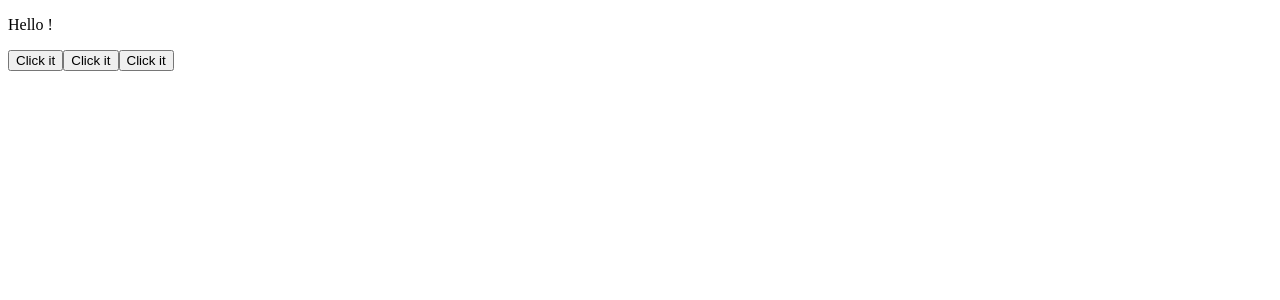
Repository: akinmiday/react-series
Page: /
An editor plug-in stored every save of this project. The page is shown before and after the next save, followed by the edit.
The browser window is 1280 px wide. The pictures show the whole page.
The project was rebuilt for these pictures with package versions that can differ from the ones it lists, and the page was loaded fresh each time. Also part of the build but not shown: vite.config.js, src/App.css, src/index.css.

Above is the page before, as saved 2023-08-21 05:55:15.

After the next save:
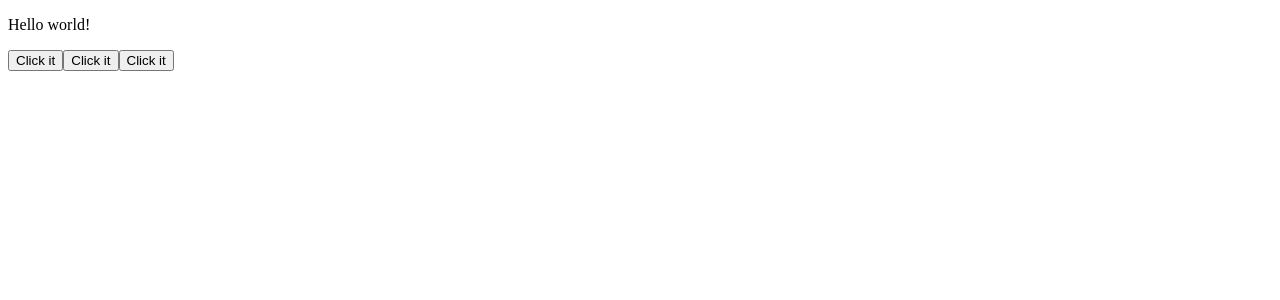
Saved 2 min 0 s later.
--- a/src/App.jsx
+++ b/src/App.jsx
@@ -3,7 +3,7 @@ import './App.css'
 
 const App = () => {
 
-  const [name, setName] = useState()
+  const [name, setName] = useState("world")
 
   const handleNameChange = () => {
     const names = ['Bob', 'Kevin', 'Dave']
